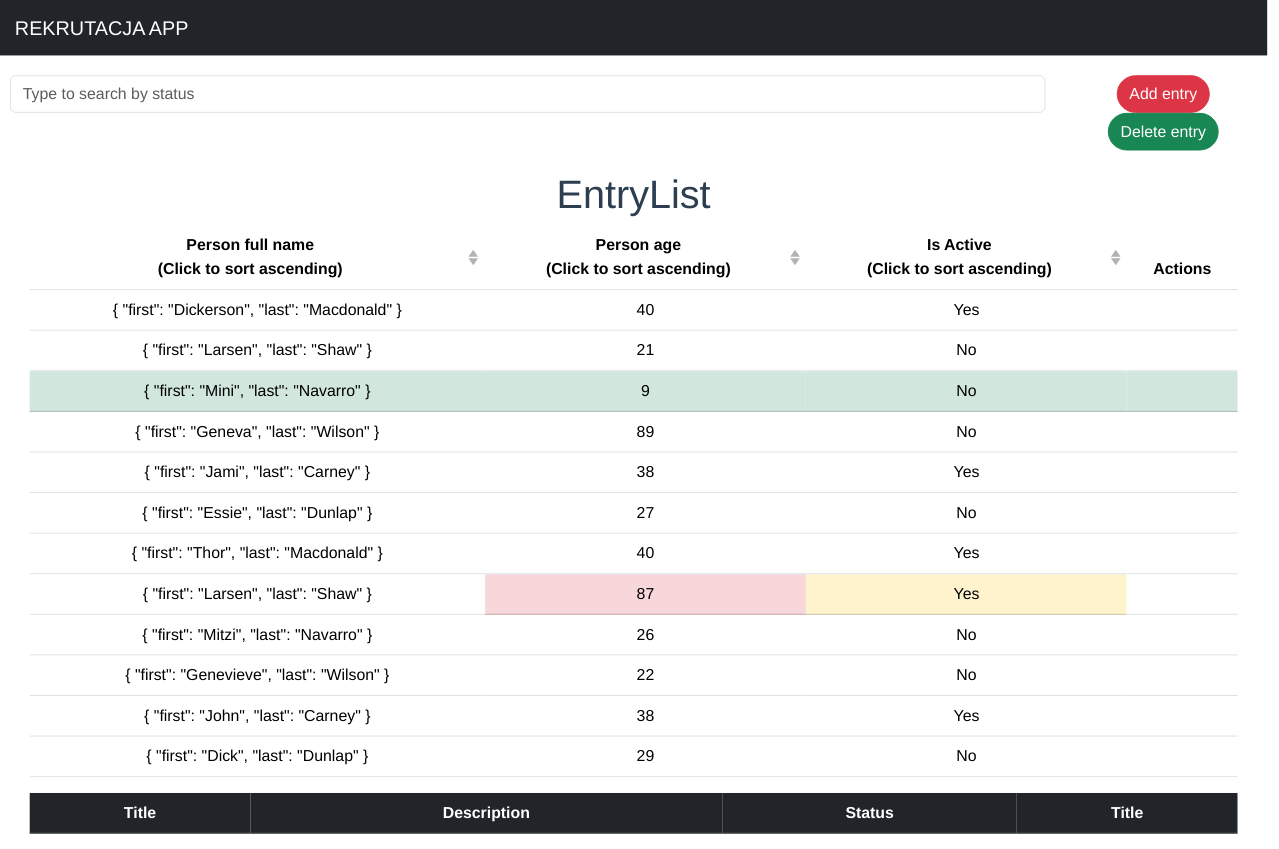
Repository: Madaless/vue_elastic
Page: / (app in vuejsapp/crudapp/)
The author's editor kept a copy of each file at every save. The page is drawn from the files as they stood at one save, then again after the next save.
The browser window is 1280 px wide. The page is 1292 px wide, so the pictures cover 1292 px, including what lies to the right of the window. The pictures show the whole page, at 99% of full size.
The page's requests for data from a server got no answer. The project was rebuilt for these pictures with package versions that can differ from the ones it lists, and the page was loaded fresh each time. No one was signed in, and anything a server would have sent is missing.

Above is the page before, as saved 2021-09-12 14:45:25.

After the next save:
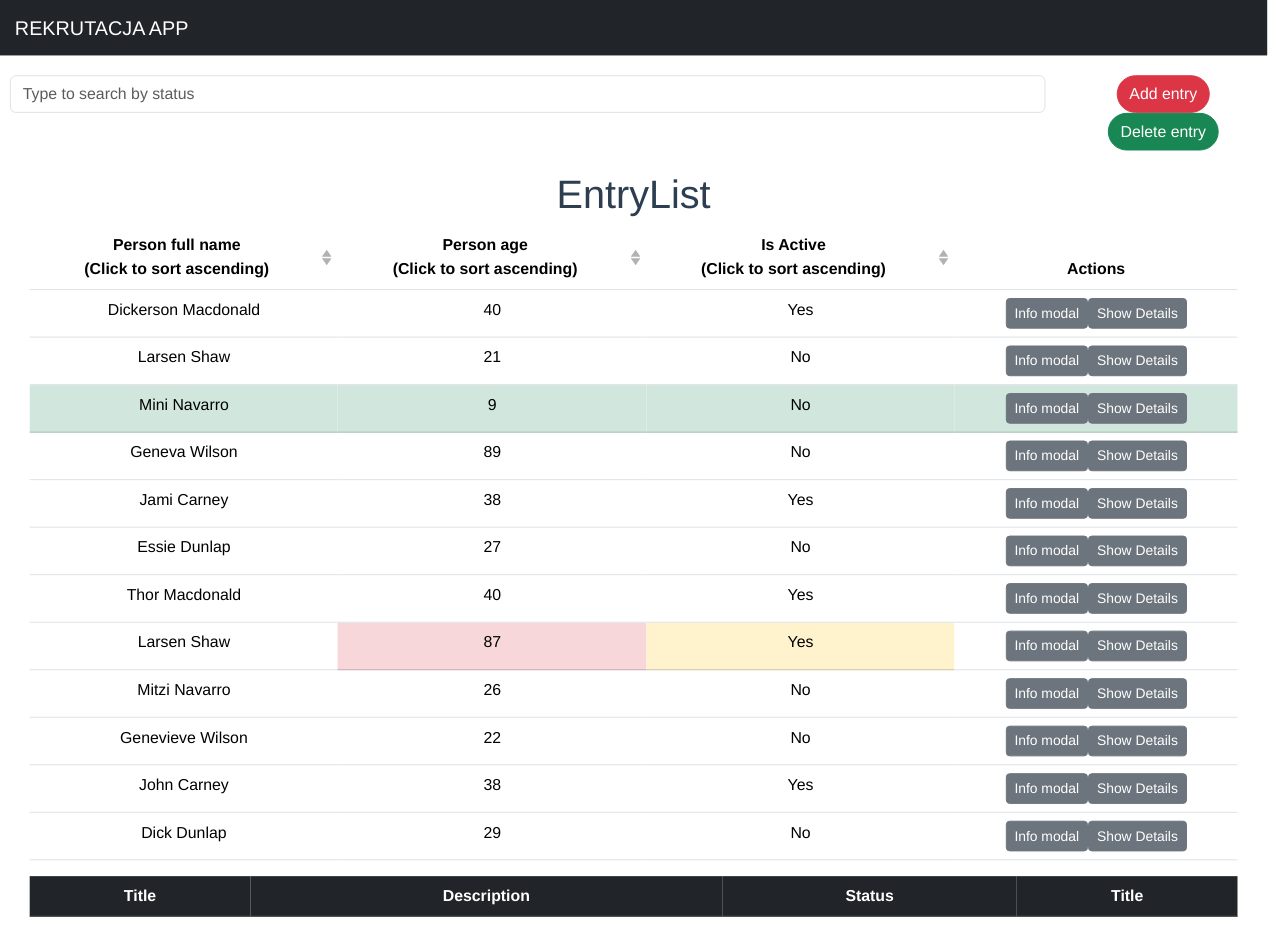
Saved 5 min 35 s later.
--- a/vuejsapp/crudapp/src/components/EntryList.vue
+++ b/vuejsapp/crudapp/src/components/EntryList.vue
@@ -3,7 +3,28 @@
     <h1>EntryList</h1>
 
     <div class="todos">
-      <b-table :items="items" :fields="fields" />
+      <b-table :items="items" :fields="fields" >
+         <template #cell(name)="row">
+        {{ row.value.first }} {{ row.value.last }}
+      </template>
+
+      <template #cell(actions)="row">
+        <b-button size="sm" @click="info(row.item, row.index, $event.target)" class="mr-1">
+          Info modal
+        </b-button>
+        <b-button size="sm" @click="row.toggleDetails">
+          {{ row.detailsShowing ? 'Hide' : 'Show' }} Details
+        </b-button>
+      </template>
+
+      <template #row-details="row">
+        <b-card>
+          <ul>
+            <li v-for="(value, key) in row.item" :key="key">{{ key }}: {{ value }}</li>
+          </ul>
+        </b-card>
+      </template>
+      </b-table>
       <table class="table table-striped table-dark">
         <thead>
           <tr>
